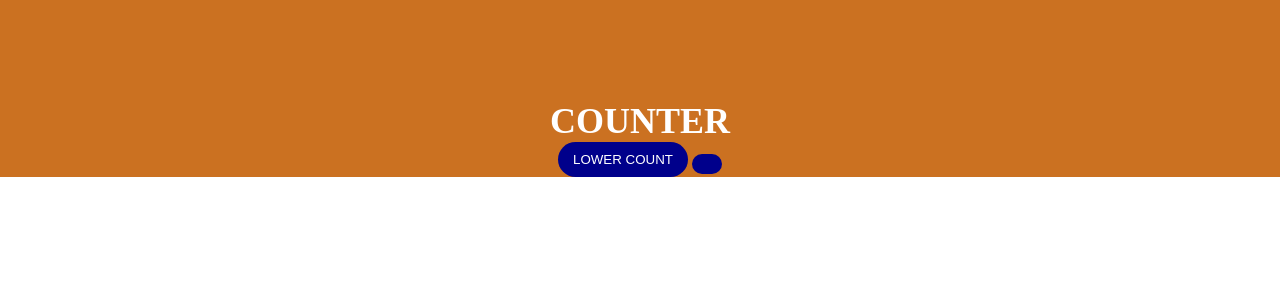
Repository: lusine-tech/counter
Page: index.html
The author's editor kept a copy of each file at every save. The page is drawn from the files as they stood at one save, then again after a run of saves.
The browser window is 1280 px wide. The pictures show the whole page.

Above is the page before, as saved 2022-02-14 16:54:16.

After the next 4 saves:
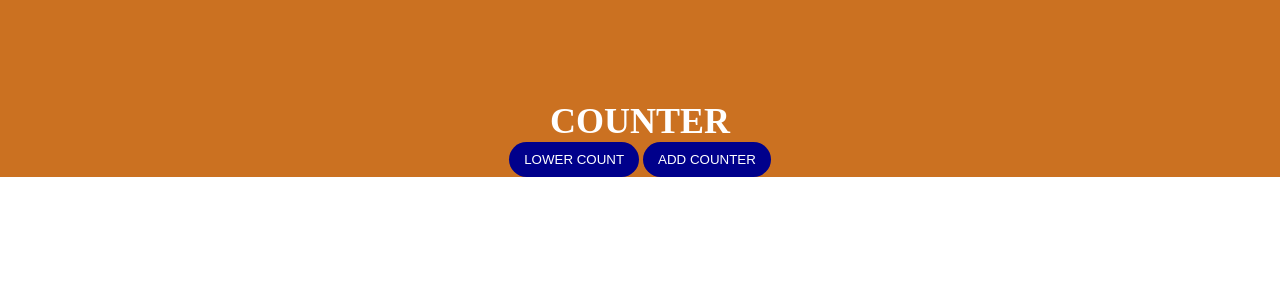
The 4 saves are shown as one change because they came seconds apart.
The last was saved 15 s later.
--- a/index.html
+++ b/index.html
@@ -14,7 +14,7 @@
             <p class="num"></p>
     <div class="buttons">
        <button class="btn" id="btn-left">lower count</button>
-       <button class="btn" id="btn-right"></button>
+       <button class="btn" id="btn-right">add Counter</button>
     </div>
     </div>
     </section>
